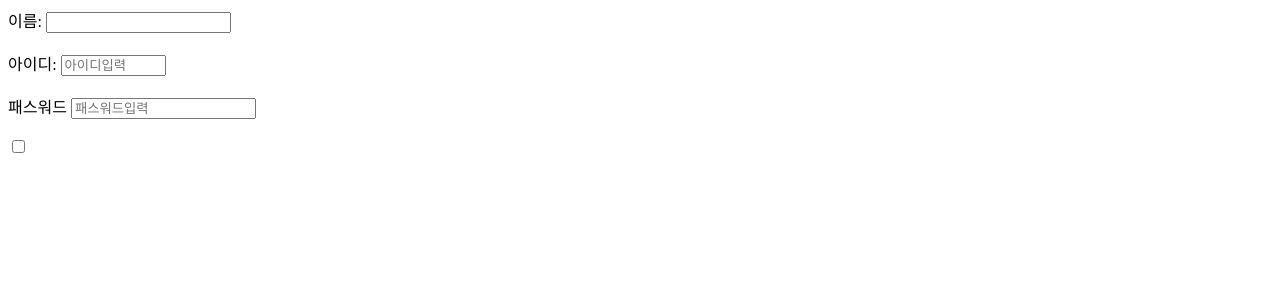
Repository: jihoonys82/weblec
Page: Front/WebContent/Ex01_HTML_tag/tagEx_09.html
These files come from the project's save history. The page is drawn as it stood at one moment and after the next save; the edit follows.
The browser window is 1280 px wide. The pictures show the whole page.

Above is the page before, as saved 2018-07-24 10:10:54.

After the next save:
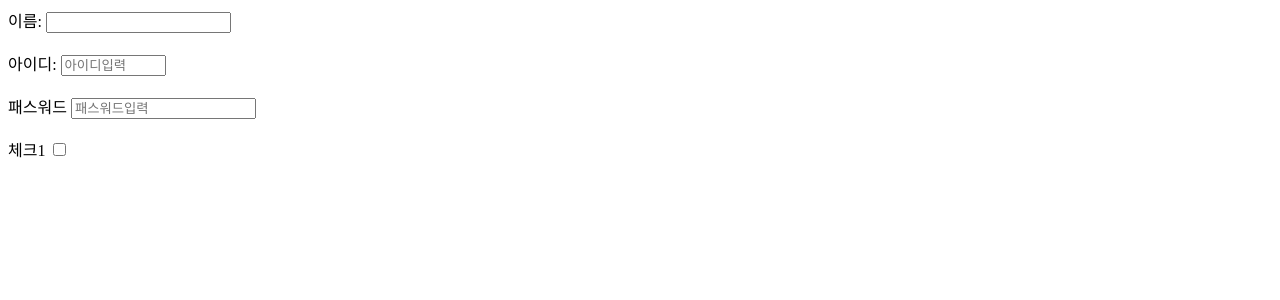
Saved 56 s later.
--- a/Front/WebContent/Ex01_HTML_tag/tagEx_09.html
+++ b/Front/WebContent/Ex01_HTML_tag/tagEx_09.html
@@ -21,6 +21,7 @@
 	<input type="password" id="userPwd" name="userPwd" placeholder="패스워드입력" />
 	<br><br>
 
+	<label for="chkBox">체크1</label>
 	<input type="checkbox" id="chkBox" name="chkBox" />
 
 </form>
